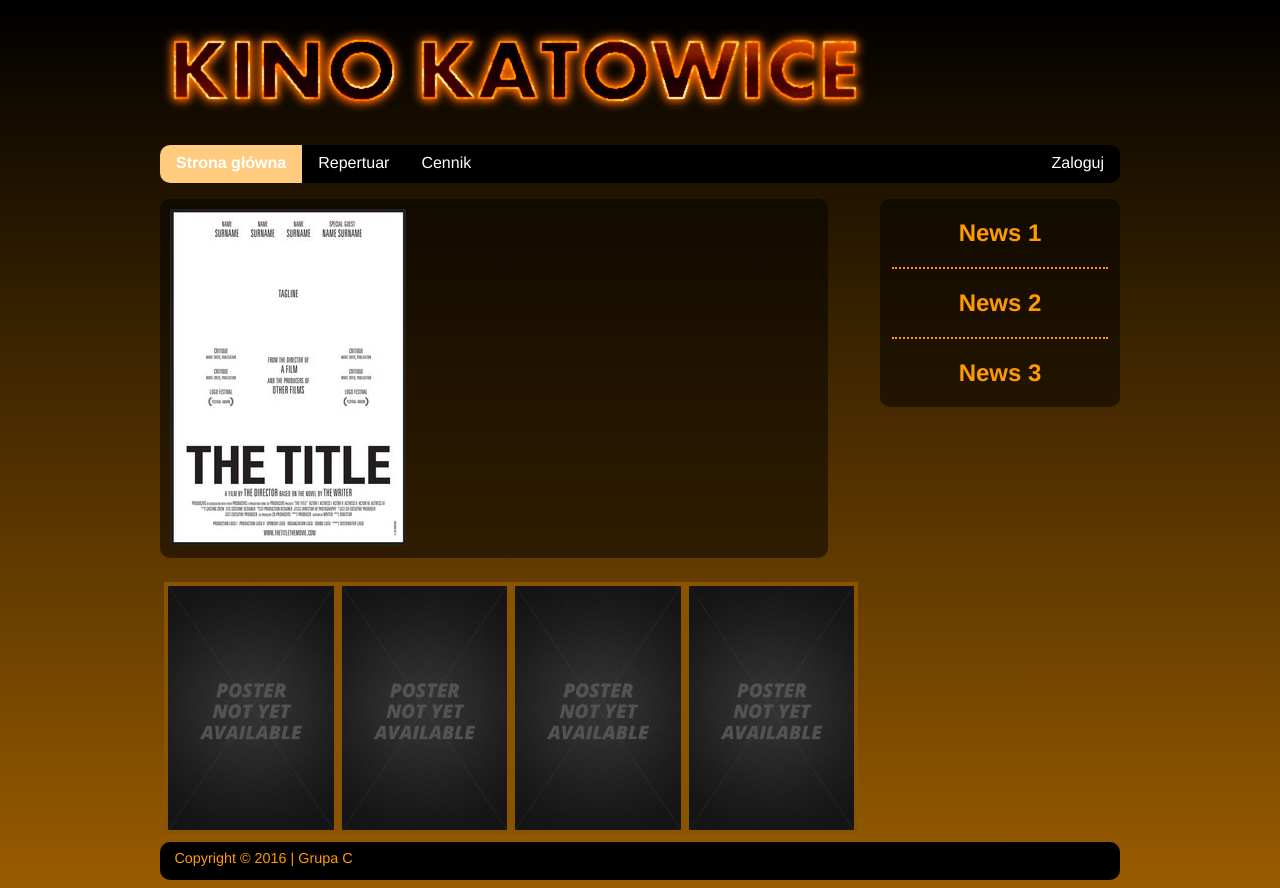
Repository: Gate4/Grupa-C
Page: http://localhost/KinoWebApp/WEB-INF/jsp/welcome.jsp
The author's editor kept a copy of each file at every save. The page is drawn from the files as they stood at one save, then again after the next save.
The browser window is 1280 px wide. The pictures show the whole page.
Some web libraries are served in a nearby version. The page is served by Tomcat 9. Nobody is signed in. The template is opened directly, without the code that normally fills it, so the values that code supplies are empty.

Above is the page before, as saved 2016-04-21 21:41:07.

After the next save:
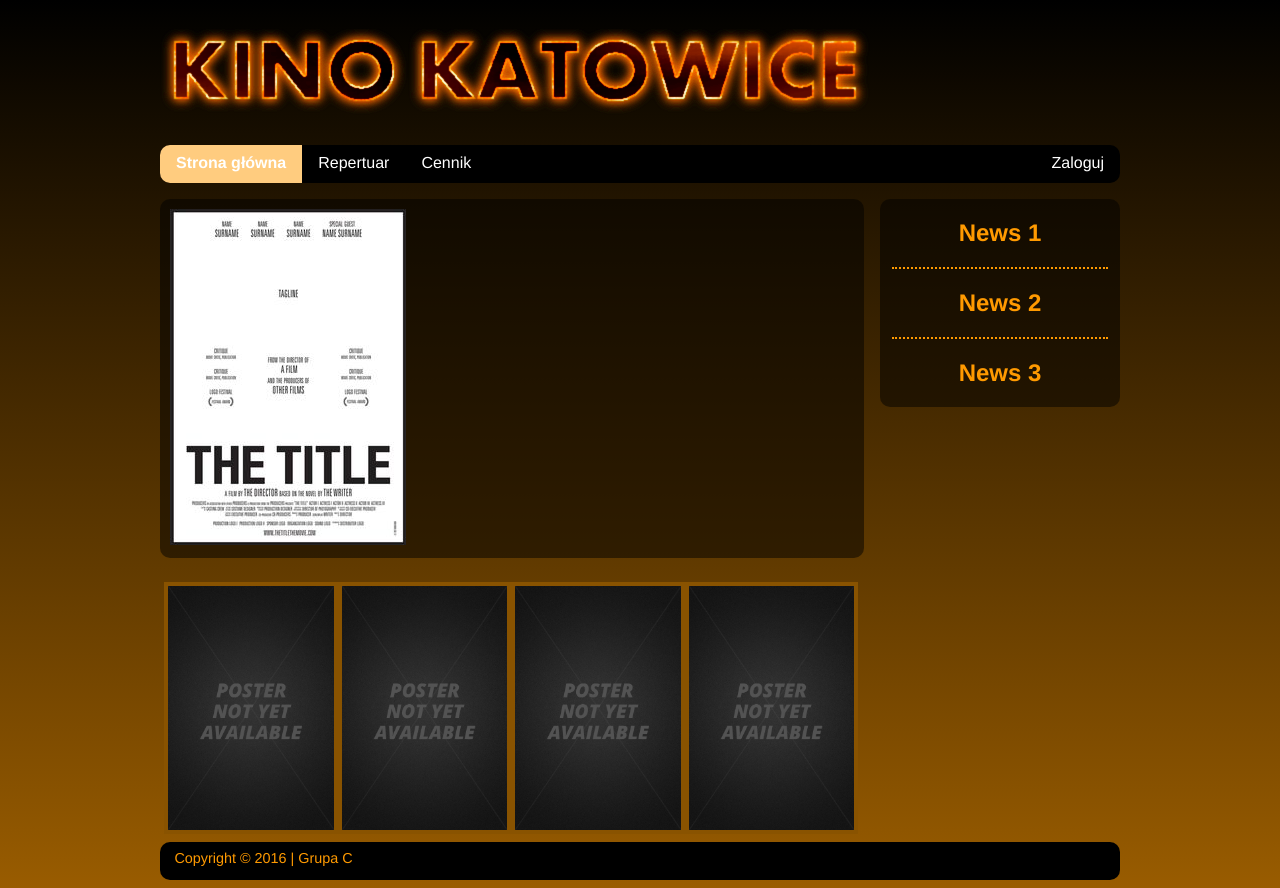
Saved 7 s later.
--- a/KinoWebApp/WebContent/resources/style.css
+++ b/KinoWebApp/WebContent/resources/style.css
@@ -119,7 +119,7 @@ nav ul li:last-child a:hover, nav ul li:last-child a.active{
     border-radius: 10px;
 	background-color: #000000;
 	background-color: rgba(0,0,0,0.5);
-    width: 90%;
+    width: 95%;
 
     color: #111;
 
